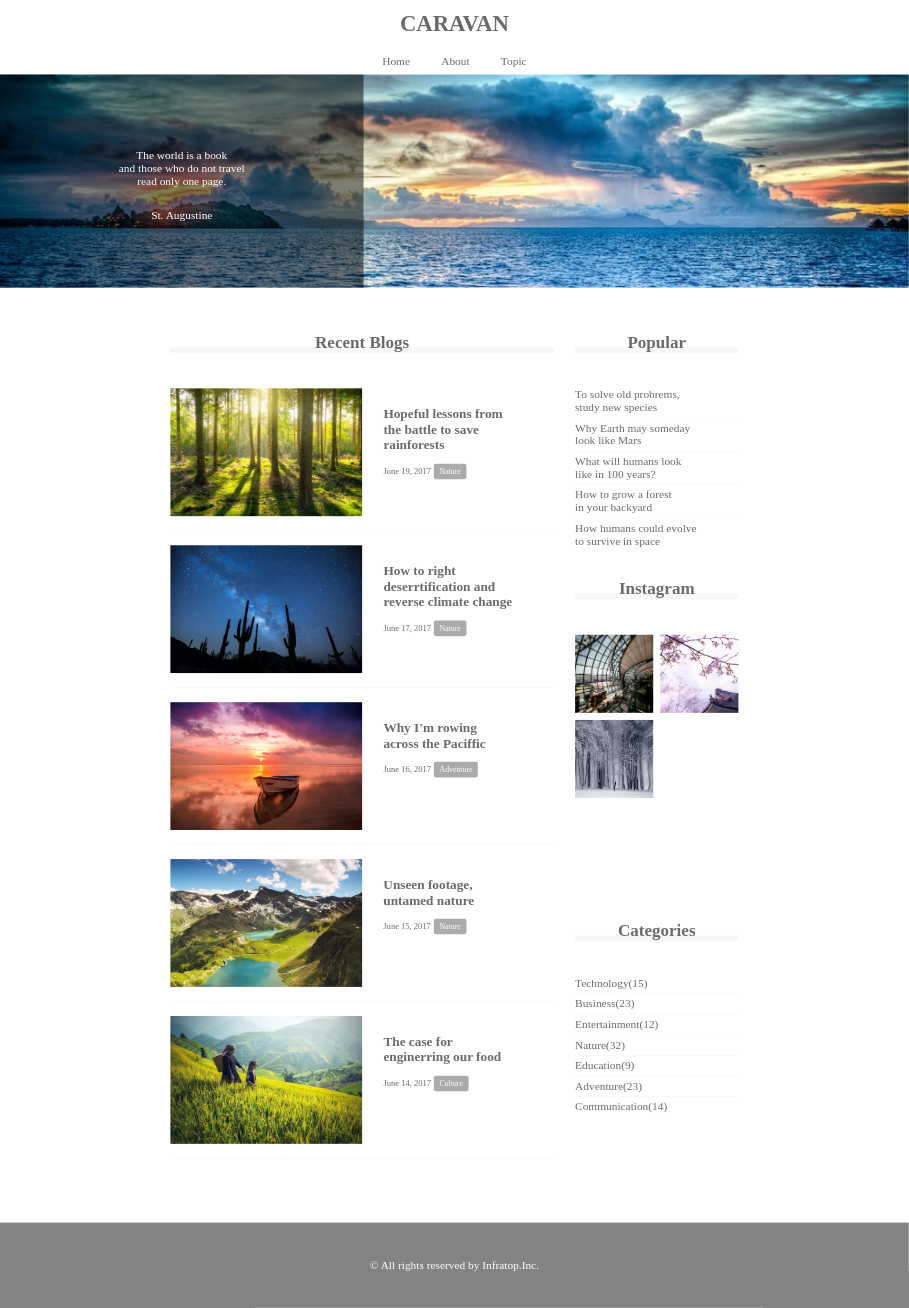
Repository: RAM-OK/git-practice
Page: caravan/index.html
The author's editor kept a record of every edit. The page is drawn from the files as they stood at one moment, then again after the next edit.
The browser window is 1280 px wide. The pictures show the whole page, at 71% of full size.

Above is the page before.

After the next edit:
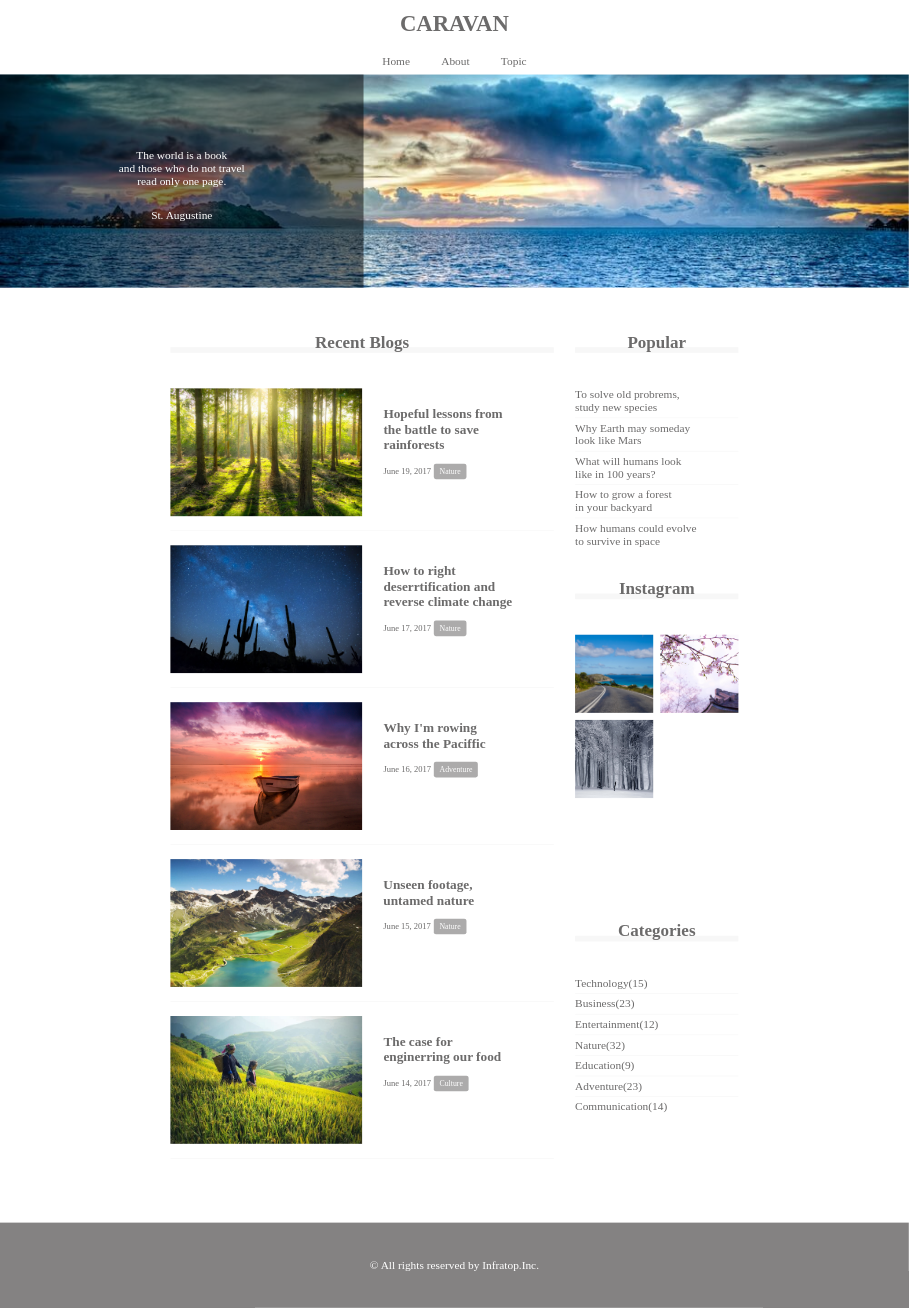
The edit:
--- a/caravan/style.css
+++ b/caravan/style.css
@@ -181,7 +181,7 @@
 }
 
 .instagram-box:nth-child(1) {
-  background-image: url(img/airport.jpg);
+  background-image: url(img/road.jpg);
 }
 
 footer {
